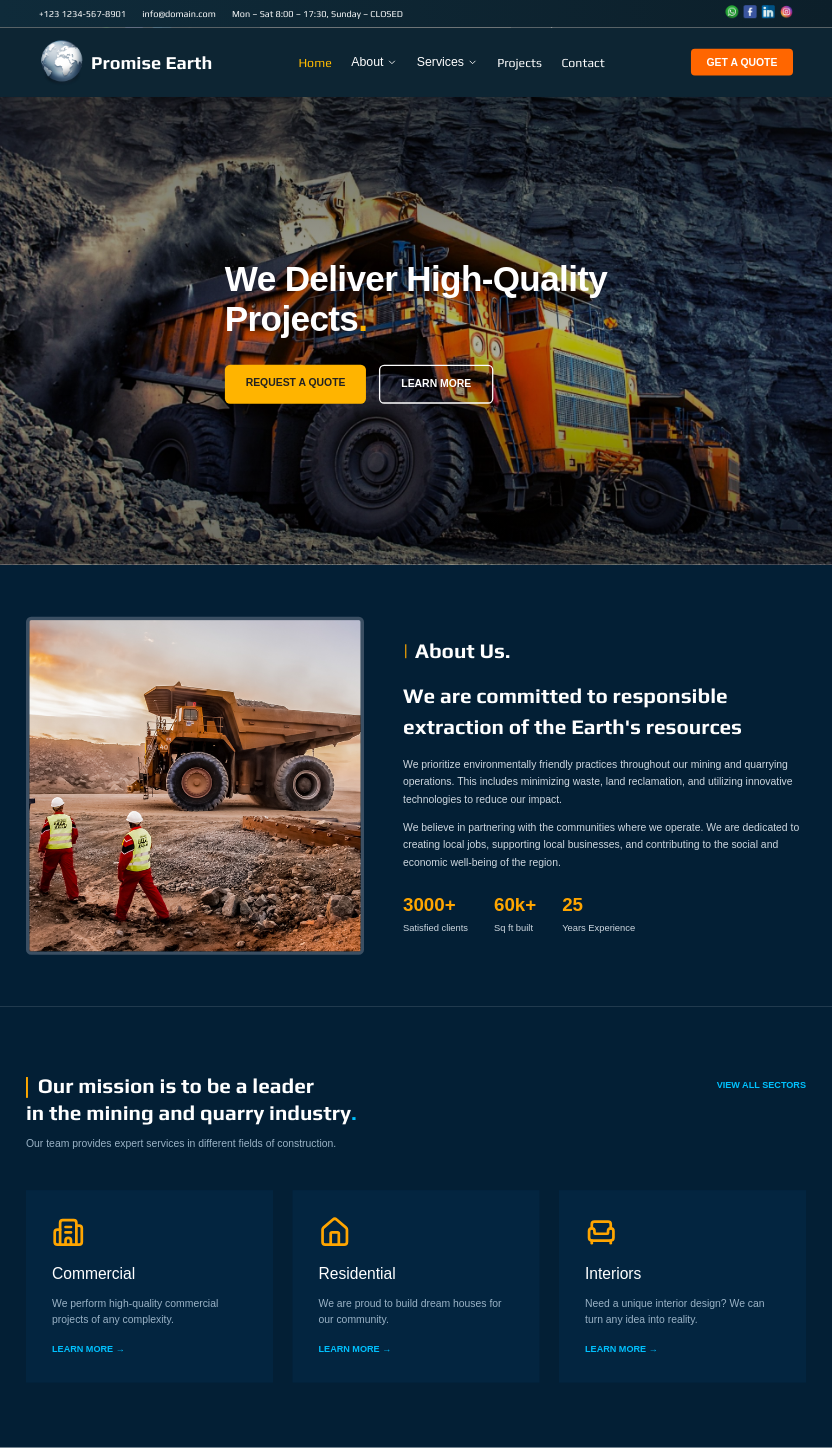
Repository: KC-Minchakpu/promise-earth
Page: /
An editor plug-in stored every save of this project. The page is shown before and after the next save, followed by the edit.
The browser window is 1280 px wide. The pictures show the whole page, at 65% of full size.
The project was rebuilt for these pictures with package versions that can differ from the ones it lists, and the page was loaded fresh each time. The framework's server and built-in components were replaced by stand-ins that run in the browser. Also part of the build but not shown: next.config.ts.

Above is the page before, as saved 2026-02-26 15:35:40.

After the next save:
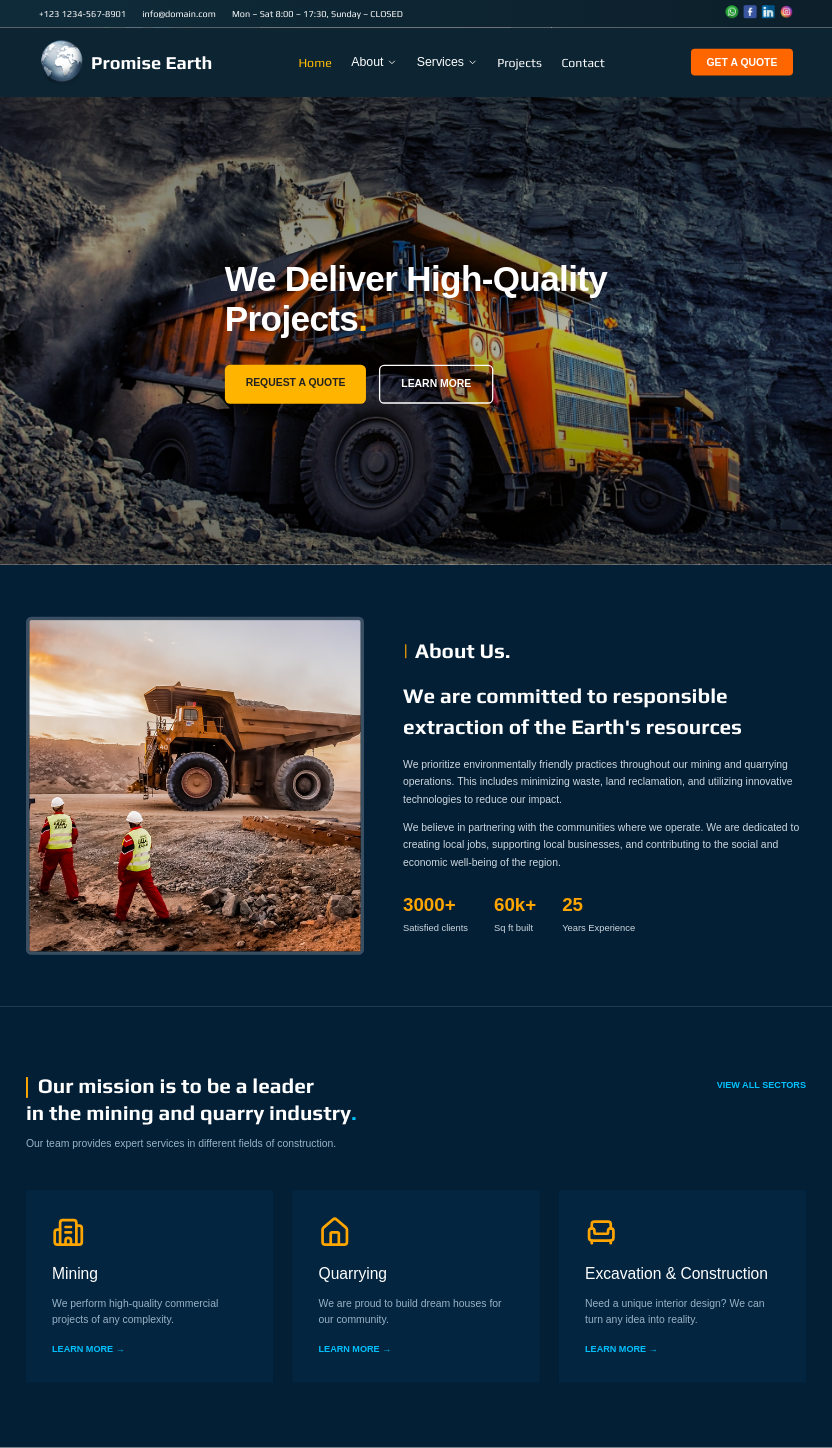
Saved 4 min 30 s later.
--- a/src/components/Services/ServicesSection.tsx
+++ b/src/components/Services/ServicesSection.tsx
@@ -11,21 +11,21 @@ import {
 const services = [
   {
     icon: Building2,
-    title: "Commercial",
+    title: "Mining",
     description:
       "We perform high-quality commercial projects of any complexity.",
     link: "#",
   },
   {
     icon: Home,
-    title: "Residential",
+    title: "Quarrying",
     description:
       "We are proud to build dream houses for our community.",
     link: "#",
   },
   {
     icon: Armchair,
-    title: "Interiors",
+    title: "Excavation & Construction",
     description:
       "Need a unique interior design? We can turn any idea into reality.",
     link: "#",
